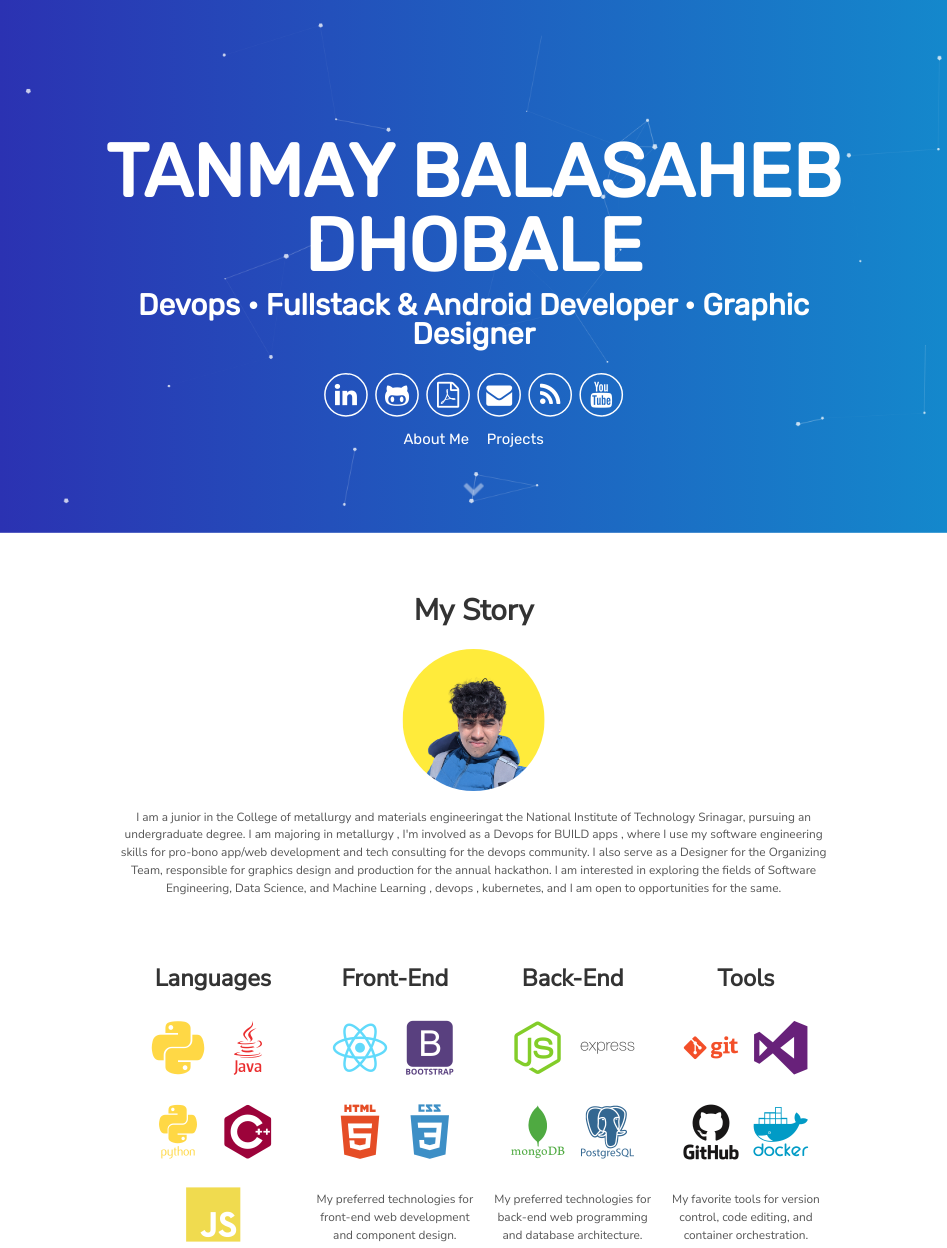
Repository: TanmayDhobale/portfolio.tanmay
Page: index.html
An editor plug-in stored every save of this project. The page is shown before and after the next save, followed by the edit.
The browser window is 1280 px wide. The pictures show the part of the page from y = 0 to 1687 px (the page is 3304 px tall before and 3192 px after), at 74% of full size.
A picture or video elsewhere on the page could not be fetched, so the positions and the page height are approximate. Backgrounds fixed to the window are drawn as part of the page.

Above is the page before, as saved 2023-09-25 19:23:41.

After the next save:
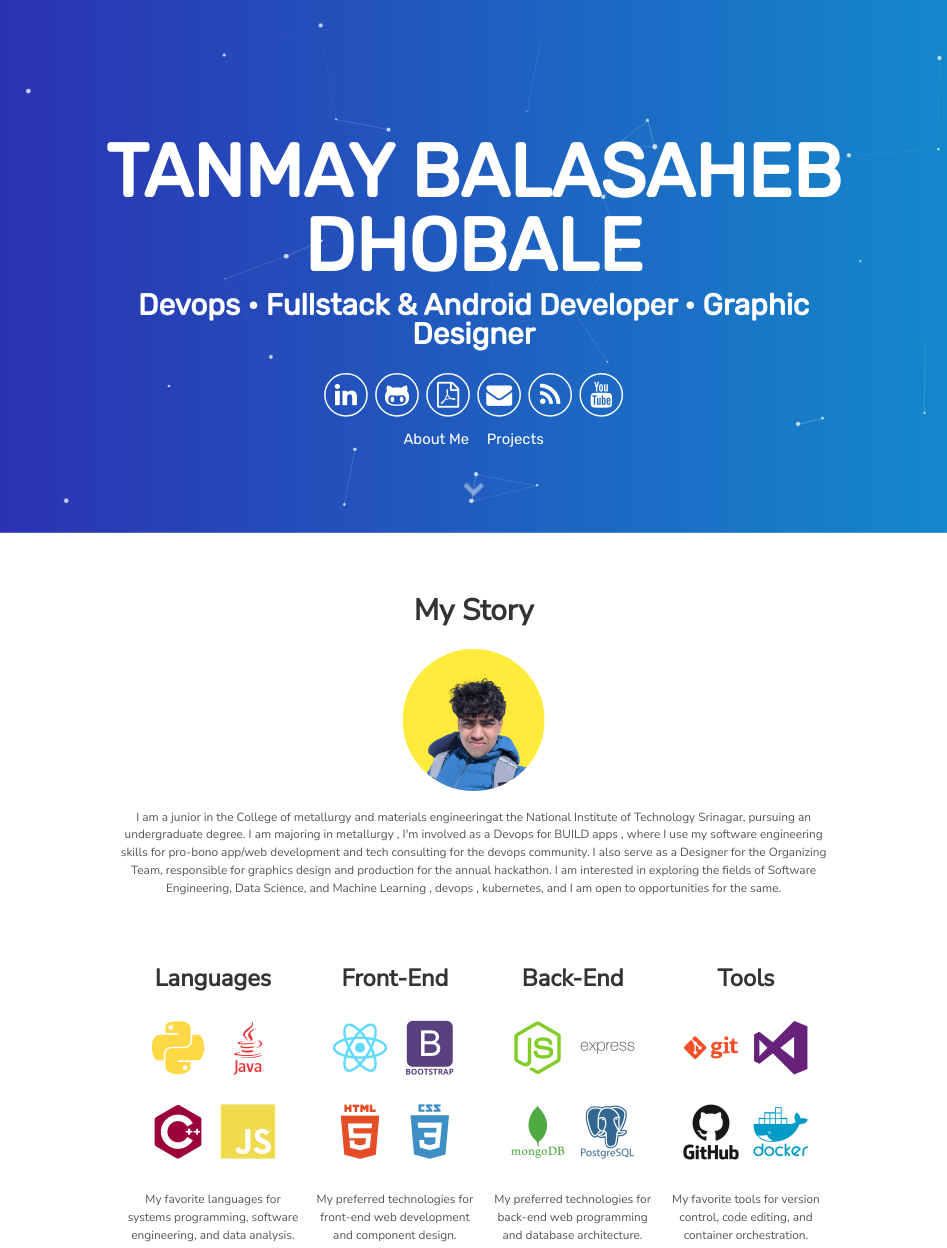
Saved 19 s later.
--- a/index.html
+++ b/index.html
@@ -101,7 +101,7 @@
           <h2>Languages</h2>
           <i class="devicon-python-plain colored"></i>
           <i class="devicon-java-plain-wordmark colored"></i>
-          <i class="devicon-python-plain-wordmark colored"></i>
+          <i class="devicon-python-plain- colored"></i>
           <i class="devicon-cplusplus-plain colored"></i>
           <i class="devicon-javascript-plain colored"></i>
           <p>My favorite languages for systems programming, software engineering, and data analysis.</p>

After the 4 saves that followed:
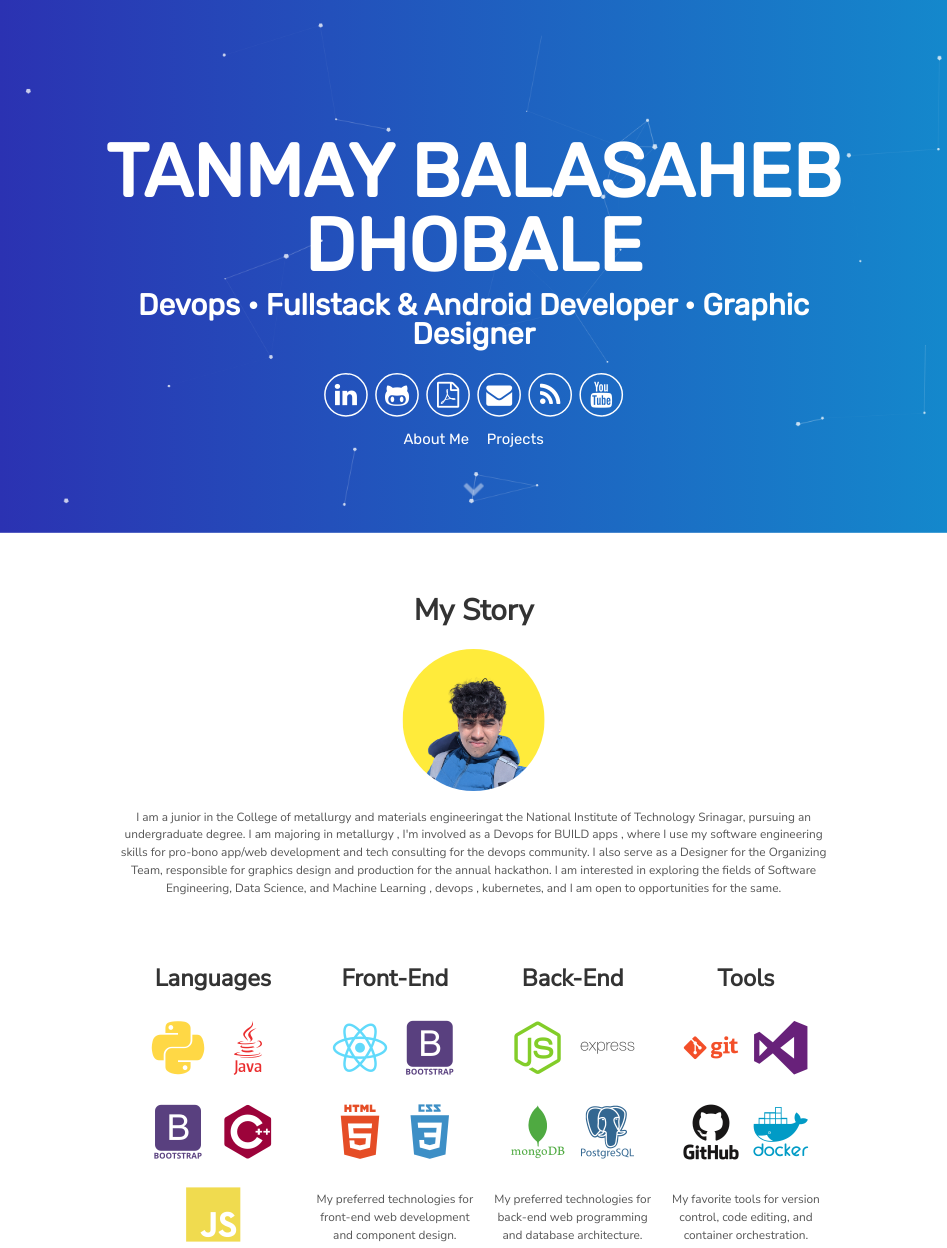
The 4 saves are shown as one change because 2 left the picture as it was and some came seconds apart.
The last was saved 31 s later.
--- a/index.html
+++ b/index.html
@@ -101,7 +101,7 @@
           <h2>Languages</h2>
           <i class="devicon-python-plain colored"></i>
           <i class="devicon-java-plain-wordmark colored"></i>
-          <i class="devicon-python-plain- colored"></i>
+          <i class="devicon-bootstrap-plain-wordmark colored"></i>
           <i class="devicon-cplusplus-plain colored"></i>
           <i class="devicon-javascript-plain colored"></i>
           <p>My favorite languages for systems programming, software engineering, and data analysis.</p>
